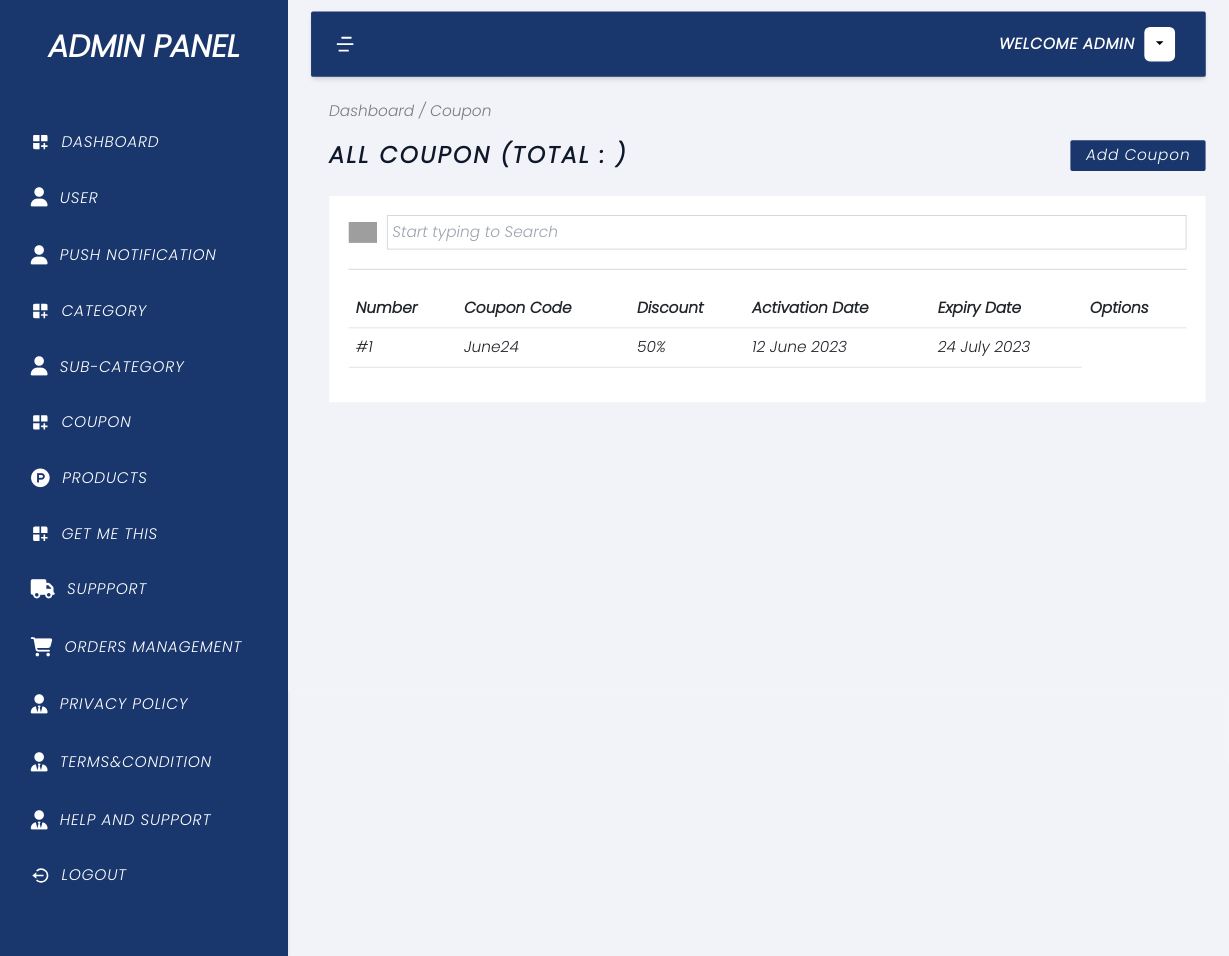
Repository: arpanmalik/project-khanna
Page: /coupon
The author's editor kept a copy of each file at every save. The page is drawn from the files as they stood at one save, then again after the next save.
The browser window is 1280 px wide. The pictures show the whole page, at 96% of full size.
Pictures or frames that could not be fetched are drawn as grey boxes. Some web libraries are served in a nearby version. The project was rebuilt for these pictures with package versions that can differ from the ones it lists, and the page was loaded fresh each time. Also part of the build but not shown: src/E-CommerceAdmin/forms/Login.jsx, src/E-CommerceAdmin/pages/Dashboard.jsx, src/E-CommerceAdmin/pages/ECategory.js, src/E-CommerceAdmin/pages/EProduct.js, src/E-CommerceAdmin/pages/EVendorList.js, src/E-CommerceAdmin/pages/EAdminOrders.js, src/E-CommerceAdmin/pages/EAdminProduct.js, src/E-CommerceAdmin/pages/EAdminDelivery.js and 11 more. Imported but missing from the stored project, and not drawn on this page: src/E-CommerceAdmin/pages/Component/SpinnerComp, src/E-CommerceVendor/forms/EVendorLogin, src/E-CommerceVendor/pages/EVCategory, src/E-CommerceVendor/pages/EVCoupon, src/E-CommerceVendor/pages/EVDashboard, src/E-CommerceVendor/pages/EVOrders, src/E-CommerceVendor/pages/EVProduct, src/E-CommerceVendor/pages/EVSubCategory.

Above is the page before, as saved 2023-05-16 15:59:09.

### public/index.html
<!-- @format -->

<!DOCTYPE html>
<html lang="en">
  <head>
    <meta charset="utf-8" />
    <meta name="viewport" content="width=device-width, initial-scale=1" />
    <meta name="theme-color" content="#000000" />
    <meta
      name="description"
      content="Web site created using create-react-app"
    />
    <link rel="manifest" href="%PUBLIC_URL%/manifest.json" />
    <link rel="preconnect" href="https://fonts.googleapis.com">
<link rel="preconnect" href="https://fonts.gstatic.com" crossorigin>
<link href="https://fonts.googleapis.com/css2?family=Roboto+Mono:ital,wght@1,300&display=swap" rel="stylesheet">
    <title>Admin Panel</title>
  </head>
  <body>
    <noscript>You need to enable JavaScript to run this app.</noscript>
    <div id="root"></div>
    <script src="https://code.jquery.com/jquery-3.6.0.min.js"></script>
    <script src="https://kit.fontawesome.com/b533b351e4.js" crossorigin="anonymous"></script>
  </body>
</html>

### src/E-CommerceAdmin/pages/Coupon.js
/** @format */
import React  from "react";
import { Button, Form, Modal, Table } from "react-bootstrap";
import HOC from "../layout/HOC";

const Coupon = () => {
  const [modalShow, setModalShow] = React.useState(false);





  function MyVerticallyCenteredModal(props) {

    return (
      <Modal
        {...props}
        size="lg"
        aria-labelledby="contained-modal-title-vcenter"
        centered
      >
        <Modal.Header closeButton>
          <Modal.Title id="contained-modal-title-vcenter">
            {" "}
            Add Coupon Code
          </Modal.Title>
        </Modal.Header>
        <Modal.Body>
          <Form >
            <Form.Group className="mb-3">
              <Form.Label>Coupon Length</Form.Label>
              <Form.Control
                type="number"
                min={0}
                required
              />
            </Form.Group>

            <Form.Group className="mb-3">
              <Form.Label>Discount Start</Form.Label>
              <Form.Control
                type="number"
                min={0}
                required
              />
            </Form.Group>

            <Form.Group className="mb-3">
              <Form.Label>Discount End</Form.Label>
              <Form.Control
                type="number"
                min={0}
                required
              />
            </Form.Group>

            <Form.Group className="mb-3">
              <Form.Label>Available Start</Form.Label>
              <Form.Control
                type="number"
                min={0}
                required
              />
            </Form.Group>
            <Form.Group className="mb-3">
              <Form.Label>Available End</Form.Label>
              <Form.Control
                type="number"
                min={0}
                required
              />
            </Form.Group>

            <Button
              style={{ backgroundColor: "#19376d", borderRadius: "0" }}
              type="submit"
            >
              Submit
            </Button>
          </Form>
        </Modal.Body>
      </Modal>
    );
  }

  const data =[
    {
      code : "June24" ,
      discount : "50%" ,
      ADate : "12 June 2023" ,
      EDate : "24 July 2023"
    }
  ]


  return (
    <>
      <MyVerticallyCenteredModal
        show={modalShow}
        onHide={() => setModalShow(false)}
      />

      <p className="headP">Dashboard / Coupon</p>

      <div
        className="pb-4 sticky top-0  w-full flex justify-between items-center"
        style={{ width: "98%", marginLeft: "2%" }}
      >
        <span
          className="tracking-widest text-slate-900 font-semibold uppercase "
          style={{ fontSize: "1.5rem" }}
        >
          All Coupon (Total : )
        </span>
        <button
          onClick={() => {
            setModalShow(true);
          }}
          className="md:py-2 px-3 md:px-4 py-1 rounded-sm  bg-[#19376d] text-white tracking-wider"
        >
          Add Coupon
        </button>
      </div>
      <section className="sectionCont">
        <div className="filterBox">
          <img
            src="https://t4.ftcdn.net/jpg/01/41/97/61/360_F_141976137_kQrdYIvfn3e0RT1EWbZOmQciOKLMgCwG.jpg"
            alt=""
          />
          <input
            type="search"
            placeholder="Start typing to Search"
          />
        </div>

        <div className="overFlowCont">
          <Table>
            <thead>
              <tr>
                <th>Number</th>
                <th>Coupon Code</th>
                <th>Discount</th>
                <th>Activation Date</th>
                <th>Expiry Date</th>
                <th>Options</th>
              </tr>
            </thead>
            <tbody>
              {data.map((i , index) => (
                <tr key={index}>
                  <td> #{index + 1} </td>
                  <td> {i.code} </td>
                  <td> {i.discount} </td>
                  <td> {i.ADate} </td>
                  <td> {i.EDate} </td>
                </tr>
              ))}
            </tbody>
          </Table>
        </div>
      </section>
    </>
  );
};

export default HOC(Coupon);

### src/E-CommerceAdmin/layout/HOC.jsx
/** @format */

import React, { useState } from "react";
import Navbar from "./Navbar";
import Sidebar from "./Sidebar";

const HOC = (Wcomponenet) => {
  return function Component() {
    const [hamb, setHamb] = useState(false);
    return (
      <>
        <section
          className="flex overflow-x-hidden relative "
          style={{ backgroundColor: "#f2f3f8" }}
        >
          {/* Sidebar */}
          <div
            className={
              hamb
                ? " absolute top-0 z-30 md:w-auto shadow-md bg-slate-200  w-60 transition-all md:-left-full left duration-150  h-auto overflow-y-auto  left-0 "
                : " md:w-72 z-30 bg-slate-200  shadow-md  md:static absolute top-0 -left-full   transition-all duration-150  overflow-y-auto h-auto"
            }
            style={{ minWidth: "300px" }}
          >
            <Sidebar hamb={hamb} setHamb={setHamb} />
          </div>
          {/* Components & Navbar */}
          <div
            className={
              hamb
                ? " transition-all px-4 py-2  duration-150 w-full h-screen"
                : " w-full h-screen  px-4 py-2   z-50 transition-all duration-150 "
            }
            style={{ backgroundColor: "#f2f3f8" }}
          >
            <Navbar hamb={hamb} setHamb={setHamb} />
            <div className="my-6 text-#000 h-[87%] wcomp overflow-y-auto">
              {" "}
              <Wcomponenet />
            </div>
          </div>
        </section>
      </>
    );
  };
};

export default HOC;

### src/E-CommerceAdmin/layout/Navbar.jsx
/** @format */
import { RiMenu4Line } from "react-icons/ri";
import Dropdown from "react-bootstrap/Dropdown";
import { UpdateProfile } from "../../Modals";
import { useState } from "react";
import { useNavigate } from "react-router-dom";
import { toast } from "react-toastify";

const Navbar = ({ hamb, setHamb }) => {
  const [modalShow, setModalShow] = useState(false);
  const navigate = useNavigate();

  function LogOut () {
    navigate('/')
    toast.success("Logged Out")
  }

  return (
    <>
      <UpdateProfile show={modalShow} onHide={() => setModalShow(false)} />
      <div
        className={
          hamb
            ? "flex  w-full justify-between  my-1 rounded-sm  p-4 py-3 shadow-md items-center  bg-slate-200 space-x-4"
            : "flex  w-full justify-between my-1 rounded-sm  p-4 py-3 shadow-md items-center  bg-slate-200 space-x-4"
        }
        style={{ backgroundColor: "#19376d" }}
      >
        <RiMenu4Line
          onClick={() => setHamb(!hamb)}
          className="text-2xl font-bold text-gray-900 hover:scale-90 cursor-pointer"
          style={{ color: "#fff" }}
        />

        <section className="flex sm:ml-auto justify-end sm:w-full items-center space-x-2  pr-2">
          <figcaption
            className="tracking-wider pl-1 font-semibold d-flex"
            style={{ gap: "10px", alignItems: "center" }}
          >
            <div
              className="lg:text-base text-sm text-gray-900  uppercase"
              style={{ color: "#fff" }}
            >
              Welcome Admin
            </div>
            <Dropdown>
              <Dropdown.Toggle id="dropdown-basic"></Dropdown.Toggle>

              <Dropdown.Menu>
                <Dropdown.Item onClick={() => setModalShow(true)}>
                  Update Profile <i className="fa-solid fa-user"></i>{" "}
                </Dropdown.Item>
                <Dropdown.Item onClick={() => LogOut()} >
                  Logout <i className="fa-solid fa-right-from-bracket"></i>{" "}
                </Dropdown.Item>
              </Dropdown.Menu>
            </Dropdown>
          </figcaption>
        </section>
      </div>
    </>
  );
};

export default Navbar;

### src/E-CommerceAdmin/layout/Sidebar.jsx
/** @format */

import React from "react";
import { RiCloseLine } from "react-icons/ri";
import { Link, useNavigate } from "react-router-dom";
import { BiLogOutCircle } from "react-icons/bi";
import { MdDashboardCustomize } from "react-icons/md";

const Sidebar = ({ hamb, setHamb }) => {
  const navigate = useNavigate();

  const nav = [
    {
      icon: <MdDashboardCustomize className="text-xl mr-3 rounded-full " />,
      link: "/dashboard ",
      name: "Dashboard",
    },
    {
      icon: <i className="fa-solid fa-user text-xl mr-3 rounded-full"></i>,
      link: "/Admin",
      name: "User",
    },
    {
      icon: <i className="fa-solid fa-user text-xl mr-3 rounded-full"></i>,
      link: "/pushNotification",
      name: "Push Notification",
    },  {
      icon: <MdDashboardCustomize className="text-xl mr-3 rounded-full " />,
      link: "/Category",
      name: "Category",
    },

    {
      icon: <i className="fa-solid fa-user text-xl mr-3 rounded-full"></i>,
      link: "/sub-category",
      name: "Sub-Category",
    },

    {
      icon: <MdDashboardCustomize className="text-xl mr-3 rounded-full " />,
      link: "/coupon",
      name: "Coupon",
    },
    {
      icon: (
        <i className="fa-brands fa-product-hunt text-xl mr-3 rounded-full"></i>
      ),
      link: "/Product",
      name: "Products",
    },






    {
      icon: <MdDashboardCustomize className="text-xl mr-3 rounded-full " />,
      link: "/getMeThis",
      name: "Get Me This",
    },
    {
      icon: <i className="fa-solid fa-truck  text-xl mr-3 rounded-full"></i>,
      link: "/Support",
      name: "Suppport",
    },
    {
      icon: (
        <i className="fa-solid fa-cart-shopping text-xl mr-3 rounded-full"></i>
      ),
      link: "/Orders",
      name: "Orders Management",
    },

    {
      icon: <i className="fa-solid fa-user-tie text-xl mr-3 rounded-full"></i>,
      link: "/privacy",
      name: "Privacy Policy",
    },
    {
      icon: <i className="fa-solid fa-user-tie text-xl mr-3 rounded-full"></i>,
      link: "/terms",
      name: "Terms&Condition",
    },
    // {
    //   icon: <i className="fa-solid fa-user-tie text-xl mr-3 rounded-full"></i>,
    //   link: "/helpSupport",
    //   name: "Help and Support",
    // },
    {
      icon: <i className="fa-solid fa-user-tie text-xl mr-3 rounded-full"></i>,
      link: "/complaints",
      name: "Help and Support",
    },
  ];

  const logOut = () => {
    localStorage.clear()
    navigate("/");
  };

  return (
    <>
      <aside
        className="p-4 h-auto"
        style={{ backgroundColor: "#19376d", minHeight: "100vh" }}
      >
        {/* Top */}
        <div className="w-full md:hidden relative  p-2 mb-4">
          <RiCloseLine
            onClick={() => setHamb(!hamb)}
            className="text-3xl  absolute top-2 sm:hover:rotate-[228deg] transition-transform font-bold right-2 sm:hover:text-[22px] text-[rgb(241,146,46)] cursor-pointer"
          />
        </div>{" "}
        <figure className="flex  flex-col items-center">
          <span
            className="font-bold text-[#fff]"
            style={{
              fontSize: "2rem",
              textAlign: "center",
              textTransform: "uppercase",
            }}
          >
            {" "}
            ADMIN PANEL
          </span>
        </figure>
        <nav className="py-6">
          {nav.map((nav) => {
            return (
              <Link
                to={nav.link}
                key={nav.name}
                className=""
                style={{ textDecoration: "none", textTransform: "uppercase" }}
              >
                <span
                  className="flex my-3 items-center cursor-pointer text-gray-900    tracking-wider p-2 rounded-sm"
                  style={{ color: "#FFF" }}
                >
                  {nav.icon} {nav.name}
                </span>
              </Link>
            );
          })}
          <span
            className="flex my-3 items-center cursor-pointer text-gray-900    tracking-wider p-2 rounded-sm"
            onClick={() => logOut()}
            style={{ color: "#FFF", textTransform: "uppercase" }}
          >
            <BiLogOutCircle className="text-xl mr-3 rounded-full " /> LogOut
          </span>
        </nav>
      </aside>
    </>
  );
};

export default Sidebar;

Loaded but not shown: tailwind.config.js (common file); src/App.js (92 lines, source omitted); src/Modals.js (41 lines, source omitted); src/index.js (15 lines, source omitted); src/index.css (504 lines, source omitted)

After the next save:
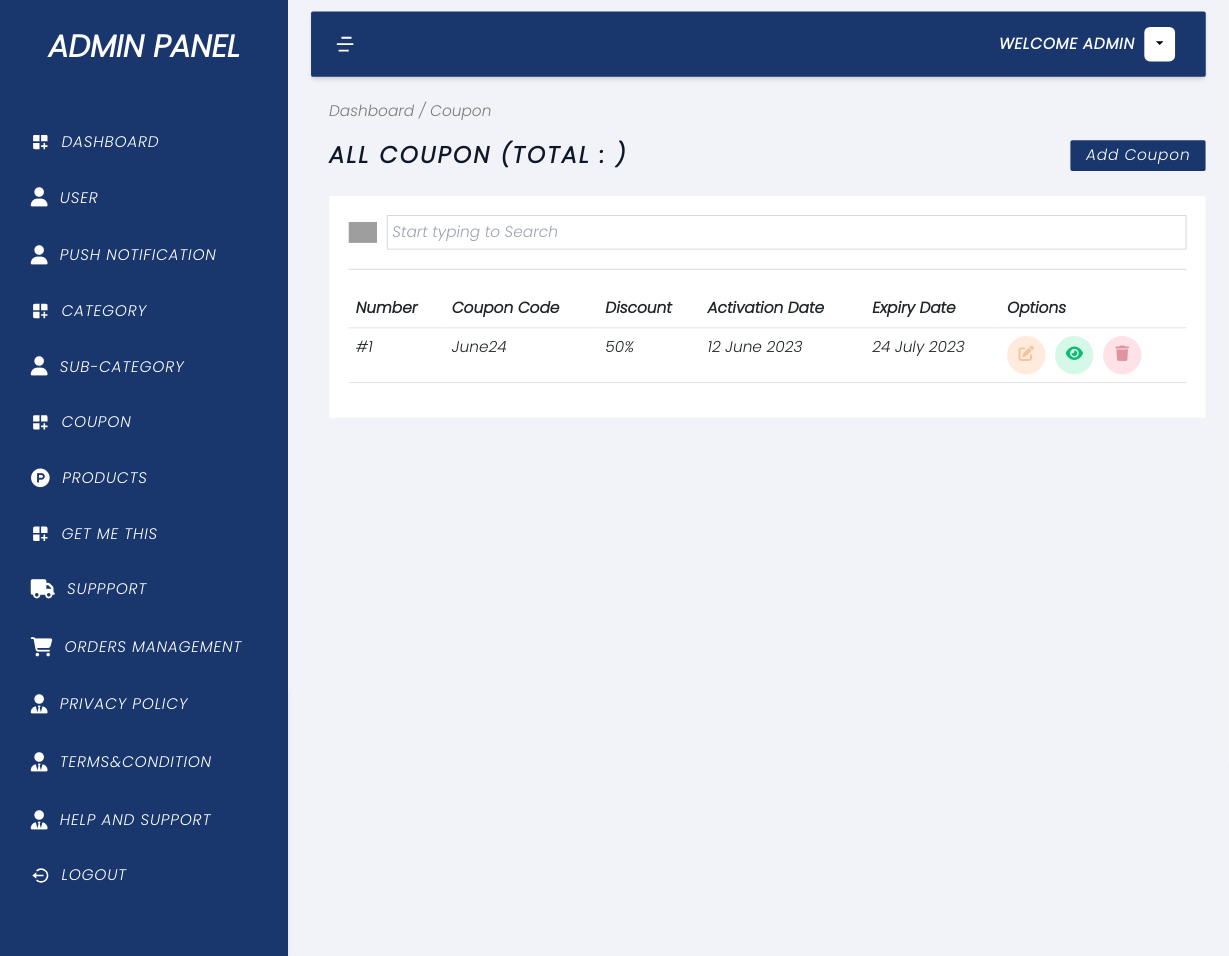
Saved 29 s later.
--- a/src/E-CommerceAdmin/pages/Coupon.js
+++ b/src/E-CommerceAdmin/pages/Coupon.js
@@ -153,6 +153,29 @@ const Coupon = () => {
                   <td> {i.discount} </td>
                   <td> {i.ADate} </td>
                   <td> {i.EDate} </td>
+                  <td>
+                  <span className="flexCont">
+                          <i
+                            className="fa-solid fa-pen-to-square"
+                            onClick={() => {
+                              setBigId(i._id)
+                              setEdit(true);
+                              setModalShow(true);
+                            }}
+                          ></i>
+                          <i
+                            className="fa-solid fa-eye"
+                            onClick={() => {
+                              setId(i._id);
+                              setModalShow2(true);
+                            }}
+                          ></i>
+                          <i
+                            className="fa-sharp fa-solid fa-trash"
+                            onClick={() => deleteHandler(i._id)}
+                          ></i>
+                        </span>
+                  </td>
                 </tr>
               ))}
             </tbody>
